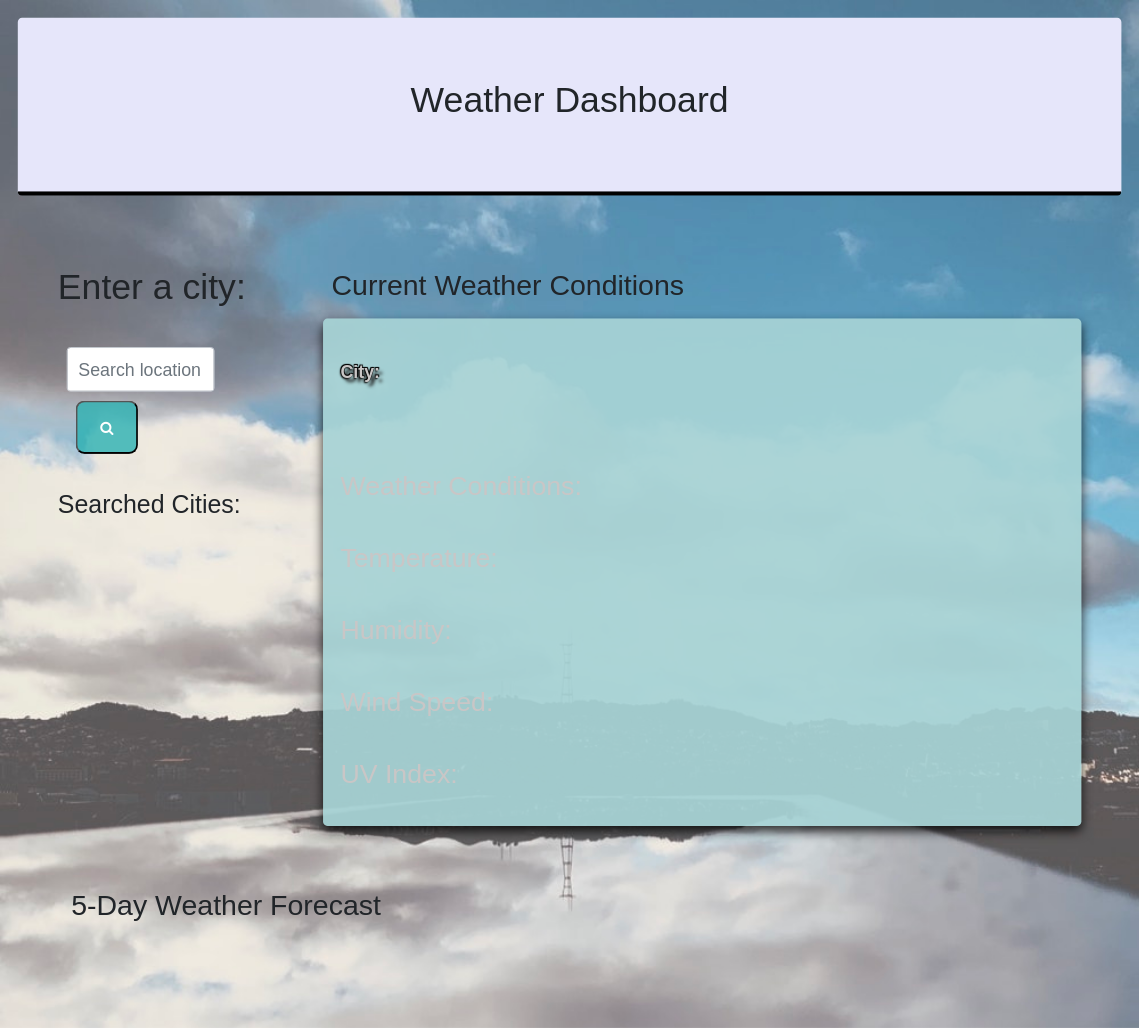
Repository: nsc9605/WeatherDashboard_API
Page: index.html
These files come from the project's save history. The page is drawn as it stood at one moment and after the next save; the edit follows.
The browser window is 1280 px wide. The pictures show the whole page, at 89% of full size.
Backgrounds fixed to the window are drawn as part of the page. Some web fonts or font styles are not loaded; a fallback is used. Some web libraries are served in a nearby version.

Above is the page before, as saved 2021-04-07 11:34:37.

### index.html
<!DOCTYPE html>
<html lang="en">
  <head>
    <meta charset="UTF-8" />
    <meta name="viewport" content="width=device-width, initial-scale=1.0" />
    <meta http-equiv="X-UA-Compatible" content="ie=edge" />
    <link rel="stylesheet" href="https://stackpath.bootstrapcdn.com/bootstrap/4.1.3/css/bootstrap.min.css" integrity="sha384-MCw98/SFnGE8fJT3GXwEOngsV7Zt27NXFoaoApmYm81iuXoPkFOJwJ8ERdknLPMO" crossorigin="anonymous">
    <link rel="preconnect" href="https://fonts.gstatic.com" />
    <link
      href="https://fonts.googleapis.com/css2?family=Yusei+Magic&display=swap"
      rel="stylesheet"
    />
    <link rel="stylesheet" href="https://cdnjs.cloudflare.com/ajax/libs/font-awesome/4.7.0/css/font-awesome.min.css">
    <link rel="stylesheet" href="assets/style.css" />
    <title>Weather Dashboard</title>
  </head>

  <body>

    <header class="jumbotron">
      <div class="p-5 text-center">
        <h1 class="mb-3">Weather Dashboard</h1>
      </div>
    </header>

    <div class="container-fluid">
      <div class="card-search">
        <div class="col-3">
          <label>Enter a city:</label>
          <div class="search-content">
            <form class="search-form">
              <input
                class="searchBox form-control"
                id="inputValue"
                type="text"
                name="cityInput"
                placeholder="Search location city, state..."
              />
            <div class="search-content">
                <button id="searchBtn">
                  <i class="fa fa-search text-white"></i>
                </button>
            </div>
            </form>
          </div>

        <!-- Search history to save locally -->

            <h3>Searched Cities: </h3>
            <div id="searchHistoryContainer"></div>
      </div>

      <div class="row">
        <div class="col-12">
          <h2>Current Weather Conditions</h2>
          <!-- Current weather card -->
            <div id="currentWeather" class="card-current">
              <h4 id="currentDate"></h4>
              <h5>City: <span id="currentCity"></span></h5>
              <div id="currentIcon"><img src=""  class="center"/></div>
              <p>Weather Conditions: <span id="weatherDescription"></span></p>
              <p>Temperature: <span id="temp"></span></p>
              <p>Humidity: <span id="humidity"></span></p>
              <p>Wind Speed: <span id="wind"></span></p>
              <p>UV Index: <span id="currentUVI"></span></p>
            </div>
          </div>
      </div>


       <!-- 5-Day Forecast Info -->
      <div class="row">
        <div class="col-12">
          <div class="forecast-info">
          <h2>5-Day Weather Forecast</h2>
              <div id="fiveDayContainers"></div>

          </div>
        </div>
      </div>

      <script src="https://code.jquery.com/jquery-3.3.1.slim.min.js" integrity="sha384-q8i/X+965DzO0rT7abK41JStQIAqVgRVzpbzo5smXKp4YfRvH+8abtTE1Pi6jizo" crossorigin="anonymous"></script>
      <script src="https://cdnjs.cloudflare.com/ajax/libs/moment.js/2.29.1/moment.min.js"></script>
      <script src="assets/script.js"></script>

</body>
</html>

### assets/style.css
* {
    box-sizing: border-box;
    font-family: 'Yusei Magic', sans-serif;
    padding: 10px
}

.jumbotron {
    text-align: center;
    background-color: lavender;
    border-bottom: 5px solid black;
    height: 200px;
    width: 100% auto;
    padding: 10px;
}


body {

    font-family: 'Yusei Magic', sans-serif;
    align-content: center;
    background: url("../assets/images/background.jpeg") no-repeat center center fixed;
    -webkit-background-size: cover;
    -moz-background-size: cover;
    -o-background-size: cover;
    background-size: cover;
}

label {
    font-size: 40px;
}

i {
    font-size: 20px;
}

h4,
h5 {
    text-shadow: 4px 4px 4px rgb(19, 16, 16), -1px 1px 2px #000, 1px -1px 1px #000,
    -1px -1px 1px #000;
    font-weight: bold;
}

.saved-city-button {
    background-color: rgba(43, 177, 179, 0.797);
    color: white;
    /* -webkit-text-stroke: 1px black;
    -webkit-text-fill-color: white; */
    text-shadow: 5px 5px 5px rgba(0, 0, 0, 0.831);
    margin: 3px;
    border-radius: 5px;
}

.search-content {
    padding: 10px;

}

.searchBtn {

    color: white;
    height: 40px;
    width: 20%;
    font-size: 20px;
}

 .searchHistoryContainer {
     display: none;
     justify-content: space-between;
 }

.container {
    /* display: flex;
    flex-wrap: wrap; */
    margin-left: 10px;
    padding: 10px;
    width: 100vh;
    height: 50vh;
}


.searchBox {
    font-size: 20px;
    height: 50px;
    width: 70px;
}


.row {
    font: 18px;
    height: 60%;
}

.col-3 {
    float: left;
    flex: wrap;
    width: 30%;
    padding: 10px;

}

.col-9 {
    width: 40%;
    float: right;
    flex: wrap;
    padding: 10px;
    margin: 10px;
}

.col-12 {
    padding: 10px;

}

#inputValue {
    width: 70%;
}

#searchBtn {
    background-color: rgba(43, 177, 179, 0.797);
    border-radius: 10px;
    width: 70px
}

.card-current {
    display: grid;
    grid: flex;
    flex-wrap: wrap;
    overflow: hidden;
    text-overflow: ellipsis;
    white-space: wrap;
    min-width: 40vh;
    width: 100%;
    align-items: center;
    background-color: rgba(167, 211, 213, 0.927);
    color: rgb(201, 198, 198);
    border-radius: 5px;
    box-shadow: 0 6px 12px 0 rgba(0, 0, 0, 0.831);
    font-size: 30px;
}

#fiveDayContainers {
    display: grid;
    grid-template-columns: 1fr 1fr 1fr 1fr 1fr;
    grid-gap: 30px;
    overflow: hidden;
    text-overflow: ellipsis;
    white-space: wrap;
    min-width: 40vh;
}

#fiveDayContainers >div {
    background-color: rgba(167, 211, 213, 0.927);
    color: rgb(255, 255, 255);
    border-radius: 5px;
    box-shadow: 0 6px 12px 0 rgba(0, 0, 0, 0.831);
}

.forecast-info {
    padding: 10px;
    margin: 10px;;
}

.row::after {
    content: "";
    clear: both;
    display: table;
  }


  /* Responsive Design  */
  @media screen and (max-width:900px) {
    #fiveDayContainers {
        display: grid;
        grid-template-columns: 50% 50%;
        grid-gap: 1em;
      }
  }

  @media screen and (max-width:576px) {
    #fiveDayContainers {
        display: grid;
        grid-template-columns: 100%;
        grid-gap: 1em;
      }
  }

  @media screen and (max-width:576px) {
    .card-current {
        display: grid;
        grid-template-columns: 100%;
        grid-gap: 1em;
      }
  }

### assets/script.js

  // Global Variables
  let apiKey = "c6c3415f70d6fade0d7d3230231ef65e";
  let lat = "";
  let lon = "";
  let currentCity = "#currentCity";
  let tempEl = "#temp";
  let humidityEl = "#humidity";
  let windEl = "#wind";
  let uvIndexEl = "#uvIndex";
  let cityNameEl = "#cityName";
  let weatherDescription = "#weatherDescription";

  // Save to localStorage
  function saveToStorage(cityInput) {
    var inputDataSaved = JSON.parse(localStorage.getItem("searchCity")) || [];
    inputDataSaved.push(cityInput);
    localStorage.setItem("searchCity", JSON.stringify(inputDataSaved));
  }

  // Save localStorage to page
  function renderSaveBtns() {
    let inputDataSaved = JSON.parse(localStorage.getItem("searchCity")) || [];


    document.querySelector("#searchHistoryContainer").innerHTML = "";
    inputDataSaved.forEach(function (citySearches) {
      let searchHistoryBtn = document.createElement("button");
      searchHistoryBtn.classList.add("saved-city-button");
      searchHistoryBtn.innerHTML = citySearches;
      // console.log(searchHistoryBtn)
      document
        .querySelector("#searchHistoryContainer")
        .prepend(searchHistoryBtn);
    });
  }
  function renderLastCity() {
    let inputDataSaved = JSON.parse(localStorage.getItem("searchCity")) || [];
    if (inputDataSaved.length > 0) {
      getWeather(inputDataSaved[inputDataSaved.length - 1]);
    };
  }
  renderSaveBtns();
  renderLastCity();

  // Submit event
  document
    .querySelector(".search-form")
    .addEventListener("submit", function (event) {
      event.preventDefault();
      let cityInput = document.querySelector("#inputValue").value;

      if (document.getElementById("inputValue").value === "") {
        alert("Please enter a city name!");
      } else if (cityInput === false) {
        alert("Please choose a different city!");
        // return;
      } else {
        getWeather(cityInput);
        saveToStorage(cityInput);
        renderSaveBtns();
      }
    });

  // Click event for each saved city button - dynamic
  var savedCityButtons = document.querySelectorAll(".saved-city-button");
  savedCityButtons.forEach(function (eachButton) {
    eachButton.addEventListener("click", function (e) {
      var city = eachButton.innerHTML;
      getWeather(city);
    });
  });

  // API call to get lat and lon coordinates
  function getWeather(cityName) {
    console.log(cityName);
    console.log(uviBadge);
    let queryURLForToday = `https://api.openweathermap.org/data/2.5/weather?q=${cityName}&units=imperial&appid=${apiKey}`;

    fetch(queryURLForToday)
      .then(function (weatherResponse) {
        return weatherResponse.json();
      })
      .then(function (data) {
        console.log(data);
        showWeatherForToday(cityName, data);
        // Call 5 day URL with lat lon from the one day response
        let queryURLForFiveDay = `https://api.openweathermap.org/data/2.5/onecall?lat=${data.coord.lat}&lon=${data.coord.lon}&units=imperial&appid=${apiKey}`;
        fetch(queryURLForFiveDay)
          .then(function (weatherResponse) {
            return weatherResponse.json();
          })
          .then(function (fiveDayData) {
            console.log(fiveDayData);
            showFiveDayWeather(fiveDayData);
          });
      });
  }

  // Show data on page
  function showWeatherForToday(cityName, data) {
    document.querySelector("#currentDate").innerHTML = moment().format(
      "MMMM Do, YYYY"
    );
    document.querySelector("#weatherDescription").innerHTML =
      data.weather[0].description;
    document.querySelector(
      "#currentIcon"
    ).innerHTML = `<img src="http://openweathermap.org/img/wn/${data.weather[0].icon}@2x.png"/>`;
    document.querySelector("#currentCity").innerHTML = cityName;
    document.querySelector("#temp").innerHTML =
      Math.round(data.main.temp) + "°F";
    document.querySelector("#humidity").innerHTML = data.main.humidity + "%";
    document.querySelector("#wind").innerHTML =
      Math.round(data.wind.speed) + "mph";

    $("#card-text").empty();
  }

  // five day
  function showFiveDayWeather(data) {
    // Grabs UVI info from 5-day forecast API
    let currentUVI = (document.querySelector(
      "#currentUVI"
    ).innerHTML = Math.round(data.current.uvi));

    // Set loop for 5-day weather
    document.querySelector("#fiveDayContainers").innerHTML = "";
    for (var i = 0; i < 5; i++) {
      let forecastDates = moment()
        .add(i + 1, "days")
        .format("ddd MM/DD/YYYY");
      // Build HTML from js for 5-day forecast
      let day = document.createElement("div");
      day.innerHTML = [
        `<h5>${forecastDates}</h5>
      <img src="https://openweathermap.org/img/wn/${
        data.daily[i].weather[0].icon
      }@2x.png">
      <p>${data.daily[i].weather[0].description}</p>
      <p>Temperature: ${Math.round(data.daily[i].temp.day)}°F</p>
      <p>Humidity: ${data.daily[i].humidity}%</p>`,
      ];
      document.querySelector("#fiveDayContainers").appendChild(day);
    }
    uviBadge(data);
    $("#card-text").empty();
  }

  // SET BADGES FOR UVI HIGH / LOW
  function uviBadge(data) {
    let currentUVI = $("#currentUVI");
    currentUVI.innerHTML = Math.round(data.current.uvi);

    if (data.current.uvi <= 2) {
      currentUVI.addClass("badge badge-success");
    } else if (data.current.uvi > 2 && data.current.uvi <= 5) {
      currentUVI.addClass("badge badge-warning");
    } else if (data.current.uvi > 5) {
      currentUVI.addClass("badge badge-danger");
    }
  }

After the next save:
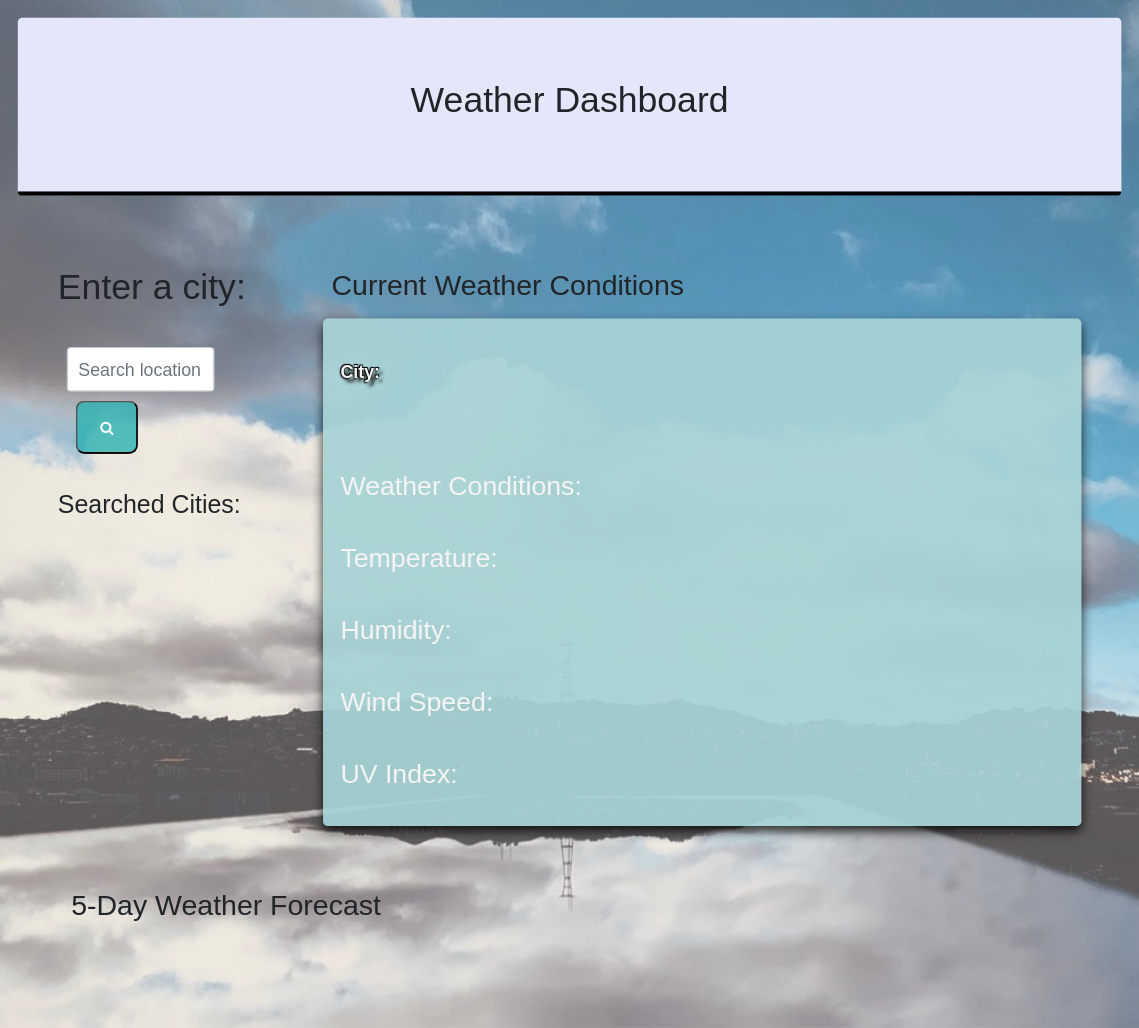
Saved 20 s later.
--- a/assets/style.css
+++ b/assets/style.css
@@ -132,7 +132,7 @@ h5 {
     width: 100%;
     align-items: center;
     background-color: rgba(167, 211, 213, 0.927);
-    color: rgb(201, 198, 198);
+    color: rgb(244, 244, 244);
     border-radius: 5px;
     box-shadow: 0 6px 12px 0 rgba(0, 0, 0, 0.831);
     font-size: 30px;
